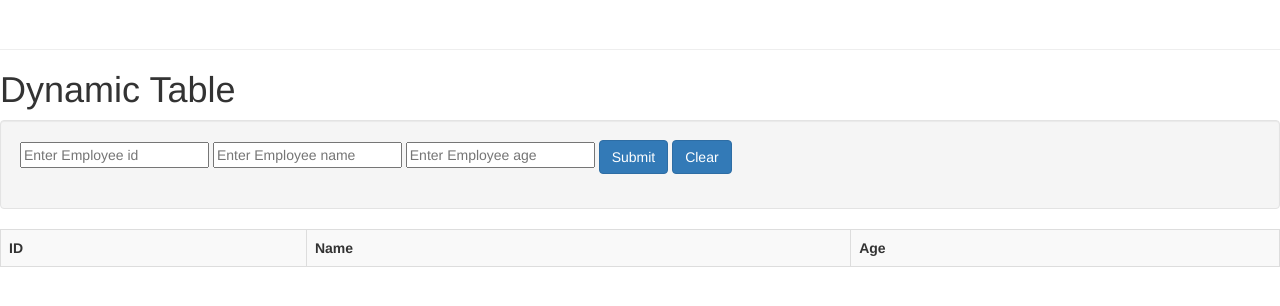
Repository: NathanDPoole/Personal
Page: Training/JavaScriptEx/src/main/webapp/html/dynamicTable.html
An editor plug-in stored every save of this project. The page is shown before and after the next save, followed by the edit.
The browser window is 1280 px wide. The pictures show the whole page.

Above is the page before, as saved 2017-12-29 17:29:15.

### Training/JavaScriptEx/src/main/webapp/html/dynamicTable.html
<!DOCTYPE html>
<html>
<head>
<meta charset="ISO-8859-1">
<title>Dynamic Table</title>
<meta name="viewport" content="width=device-width, initial-scale=1">
<link rel="stylesheet"
      href="https://maxcdn.bootstrapcdn.com/bootstrap/3.3.7/css/bootstrap.min.css"
      integrity="sha384-BVYiiSIFeK1dGmJRAkycuHAHRg32OmUcww7on3RYdg4Va+PmSTsz/K68vbdEjh4u"
      crossorigin="anonymous">
</head>
<body>

	<header>
		<div>
			<p class="page-header"><h1>Dynamic Table</h1></p>
			<div id="formDiv" class="well">
				<form>
				<div class="form-group">
					<input id="eid" type="text" placeholder="Enter Employee id" />
					<input id="name" type="text" placeholder="Enter Employee name" />
					<input id="age" type="text" placeholder="Enter Employee age" />
					<input id="submitBtn" type="button" value="Submit" class="btn btn-primary"/>
					<input id="clearBtn" type="button" value="Clear" class="btn btn-primary"/>
				</div>
				</form>
			</div>
		</div>
	</header>

	<section>
		<div>
			<table class="table table-bordered table-hover table-striped">
				<tbody id="mytable">
					<th>ID</th>
					<th>Name</th>
					<th>Age</th>
				</tbody>
			</table>
		</div>
	</section>

	<script type="text/javascript" src="../js/dynamicTable.js"></script>
</body>
</html>

### Training/JavaScriptEx/src/main/webapp/js/dynamicTable.js
/**
 * To find elements
================
document.getElementById(id)
document.getElementsByTagName(name)
document.getElementsByClassName(name)
document.querySelectorAll - css selectors
To change elements
=====================
element.innerHTML =  new html content
element.attribute = new value
element.setAttribute(attribute, value)
element.style.property = new style
To add and delete elements
============================
document.createElement(element)
document.removeChild(element)
document.appendChild(element)
document.replaceChild(element)
document.write(text)
Properties to navigate between nodes with JavaScript;
==========================================================
parentNode
childNodes[nodenumber]
firstChild
lastChild
nextSibling
previousSibling
 */
//print all properties and methods of an object
/*window.onload = function(){
	var ele = document.getElementById("formDiv");
	for (e in ele){
		console.log(e);
	}
}
 */

//print all properties and methods of an object
/*
window.onload = function (){
	var ele = document.getElementById("formDiv");
	for (e in ele){
		console.log(e);
	}

}
*/

window.onload = function () {
	document.getElementById("submitBtn").addEventListener("click", addRows);
	document.getElementById("clearBtn").addEventListener("click", clearValues);
}

function addRows(){
	var id = document.getElementById("eid").value;
	var name = document.getElementById("name").value;
	var age = document.getElementById("age").value;

	if (id && name && age){
		console.log("they gave some values");
		var row = document.createElement("tr");
		var idcol = document.createElement("td");
		var namecol = document.createElement("td");
		var agecol = document.createElement("td");

		idcol.textContent = id;
		namecol.textContent = name;
		agecol.textContent = age;

		row.appendChild(idcol);
		row.appendChild(namecol);
		row.appendChild(agecol);

		document.getElementById("mytable").appendChild(row);
	} else {
		console.log("no values given");
	}
}

function clearValues(){
	document.getElementById("eid").value = "";
	document.getElementById("name").value = "";
	document.getElementById("age").value = "";


}

After the next save:
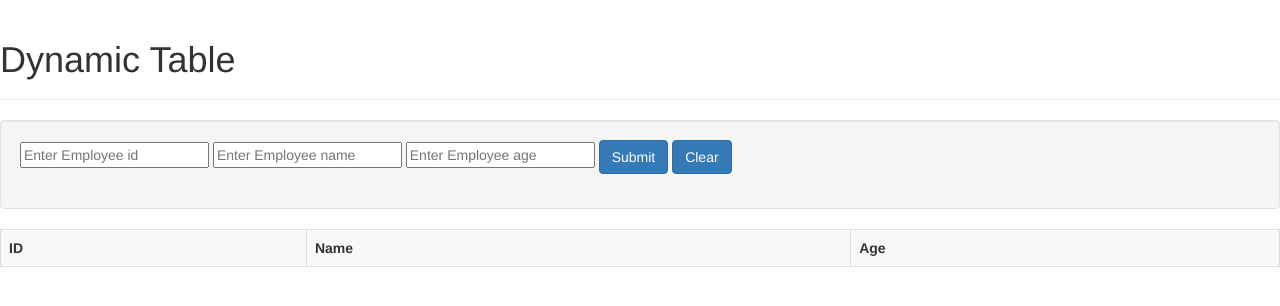
Saved 39 s later.
--- a/Training/JavaScriptEx/src/main/webapp/html/dynamicTable.html
+++ b/Training/JavaScriptEx/src/main/webapp/html/dynamicTable.html
@@ -13,7 +13,7 @@
 
 	<header>
 		<div>
-			<p class="page-header"><h1>Dynamic Table</h1></p>
+			<div class="page-header"><h1>Dynamic Table</h1></div>
 			<div id="formDiv" class="well">
 				<form>
 				<div class="form-group">
